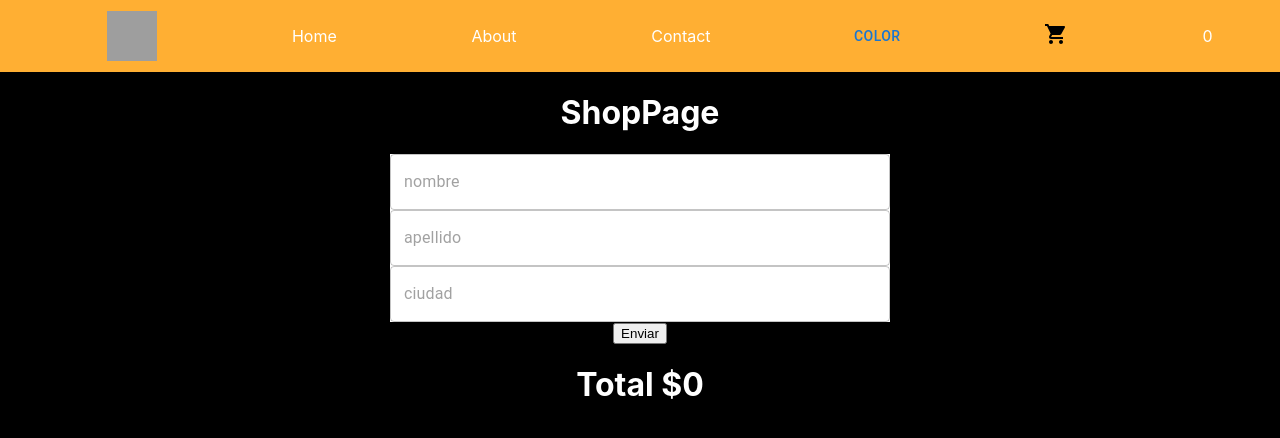
Repository: Toydrum/React-Hector-Coronado-EntregaFinal
Page: /shop
The author's editor kept a copy of each file at every save. The page is drawn from the files as they stood at one save, then again after the next save.
The browser window is 1280 px wide. The pictures show the whole page.
Pictures or frames that could not be fetched are drawn as grey boxes. The project was rebuilt for these pictures with package versions that can differ from the ones it lists, and the page was loaded fresh each time. Also part of the build but not shown: vite.config.js, src/components/Button/Button.css, src/components/Button/Button.jsx, src/components/CardUser/CardUser.css, src/components/CardUser/CardUser.jsx, src/components/CardList/CardList.jsx, src/pages/HomePage/HomePage.jsx, src/pages/ContactPage/ContactPage.jsx and 4 more.

Above is the page before, as saved 2023-07-19 15:40:48.

After the next save:
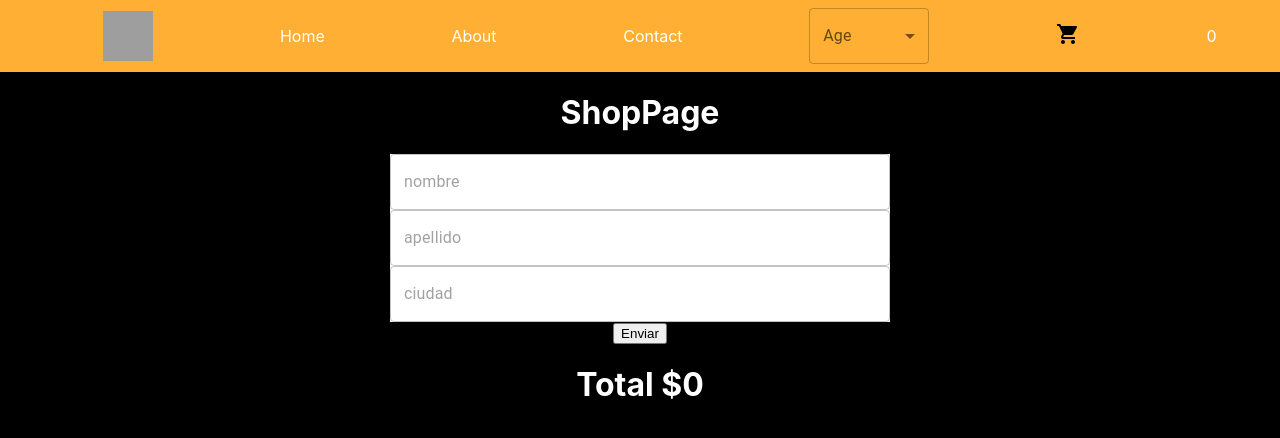
Saved 4 min 32 s later.
--- a/src/components/MenuColor/MenuColor.jsx
+++ b/src/components/MenuColor/MenuColor.jsx
@@ -1,57 +1,33 @@
 import * as React from "react";
+import Box from "@mui/material/Box";
+import InputLabel from "@mui/material/InputLabel";
+import MenuItem from "@mui/material/MenuItem";
+import FormControl from "@mui/material/FormControl";
+import Select from "@mui/material/Select";
 
-import Button from "@mui/material/Button";
-import Menu from "@mui/material/Menu";
-import MenuItem from "@mui/material/MenuItem";
-import { useGatosContext } from "../../context/GatosContext";
+export default function BasicSelect() {
+  const [age, setAge] = React.useState("");
 
-const MenuColor = () => {
-  const [gatoState, setGatoState] = useGatosContext();
-  const [anchorEl, setAnchorEl] = React.useState(null);
-  const open = Boolean(anchorEl);
-  const handleClick = (event) => {
-    setAnchorEl(event.currentTarget);
+  const handleChange = (event) => {
+    setAge(event.target.value);
   };
 
-  const handleClose = () => {
-    setAnchorEl(() => {
-      return gatoState.gatos.map((gato) => gatoState.gatos.color);
-    });
-  };
-
-  console.log(gatoState);
   return (
-    <div>
-      <Button
-        id="demo-positioned-button"
-        aria-controls={open ? "demo-positioned-menu" : undefined}
-        aria-haspopup="true"
-        aria-expanded={open ? "true" : undefined}
-        onClick={handleClick}
-      >
-        Color
-      </Button>
-      <Menu
-        id="demo-positioned-menu"
-        aria-labelledby="demo-positioned-button"
-        anchorEl={anchorEl}
-        open={open}
-        onClose={handleClose}
-        anchorOrigin={{
-          vertical: "top",
-          horizontal: "left",
-        }}
-        transformOrigin={{
-          vertical: "top",
-          horizontal: "left",
-        }}
-      >
-        <MenuItem onClick={handleClose}>Blanco</MenuItem>
-        <MenuItem onClick={handleClose}>Rayado</MenuItem>
-        <MenuItem onClick={handleClose}>Naranja</MenuItem>
-      </Menu>
-    </div>
+    <Box sx={{ minWidth: 120 }}>
+      <FormControl fullWidth>
+        <InputLabel id="demo-simple-select-label">Age</InputLabel>
+        <Select
+          labelId="demo-simple-select-label"
+          id="demo-simple-select"
+          value={age}
+          label="Age"
+          onChange={handleChange}
+        >
+          <MenuItem value={10}>Ten</MenuItem>
+          <MenuItem value={20}>Twenty</MenuItem>
+          <MenuItem value={30}>Thirty</MenuItem>
+        </Select>
+      </FormControl>
+    </Box>
   );
-};
-
-export default MenuColor;
+}
